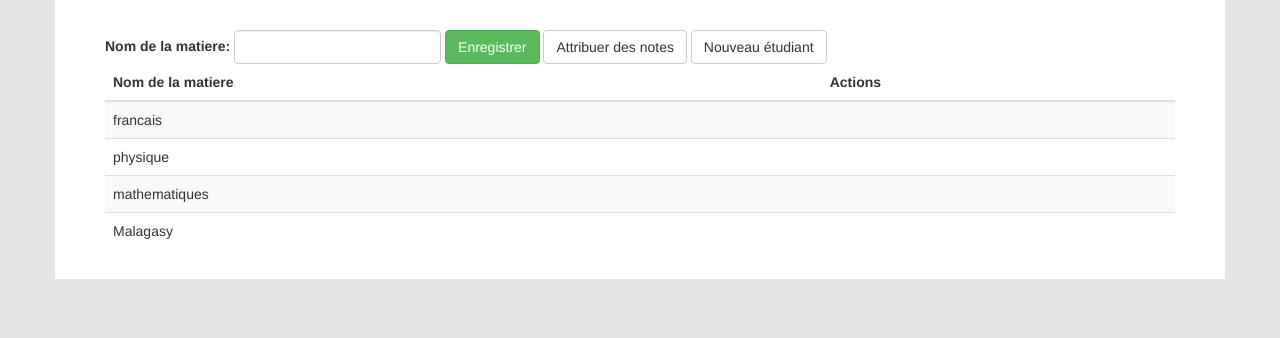
Repository: mitantsoa1/CRUD-note
Page: http://localhost/matiere
An editor plug-in stored every save of this project. The page is shown before and after the next save, followed by the edit.
The browser window is 1280 px wide. The pictures show the whole page.
The page is run by PHP 8.4 with error messages shown; the project is at /var/www/html/. The database holds what the project's SQL file puts in it.

Above is the page before, as saved 2021-02-13 04:48:07.
Console error: SyntaxError: Unexpected token '<'

After the next save:
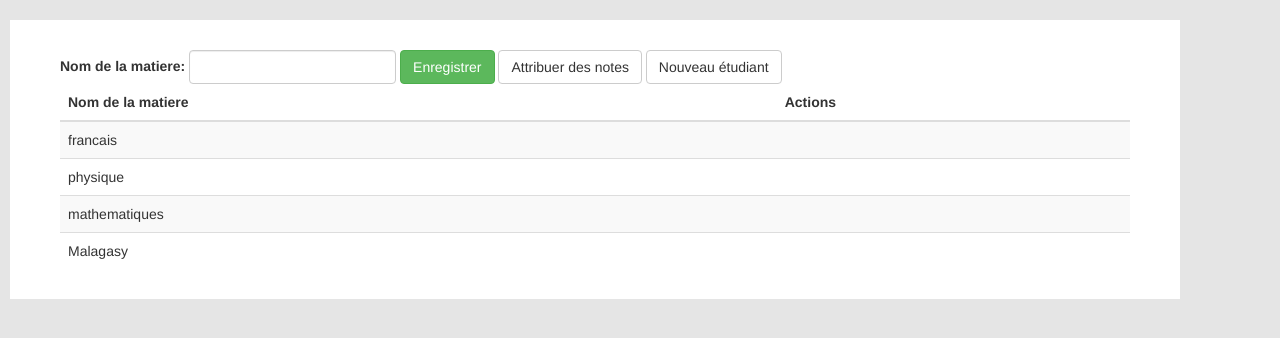
Saved 61 s later.
--- a/Publics/css/style.css
+++ b/Publics/css/style.css
@@ -87,6 +87,7 @@ body {
 }
 
 .content-matiere {
+    margin: 20px 10px;
     padding: 10px 50px;
     background: white;
 }
